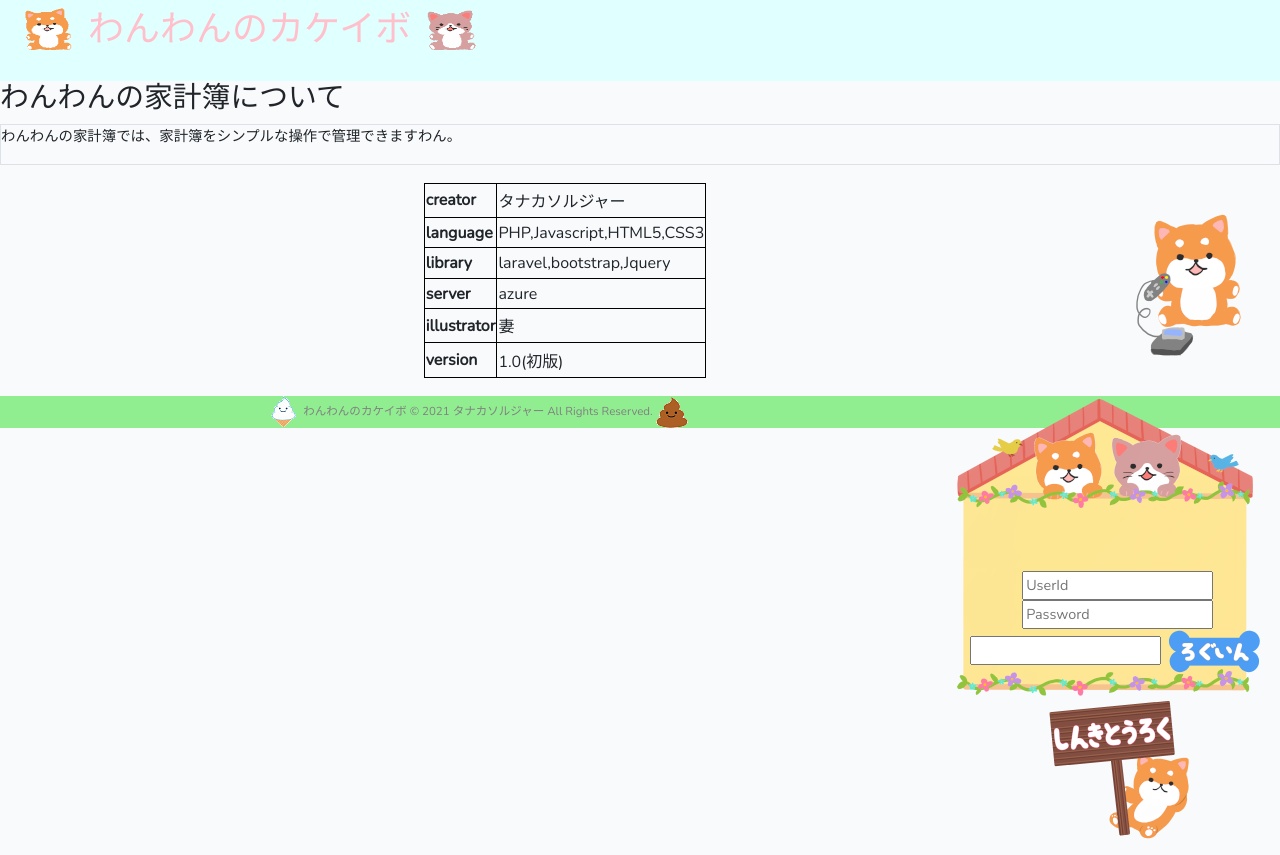
Repository: tatsuya-tanaka27/wanwannokakeibo
Page: http://localhost/wanwannokakeibo/login
An editor plug-in stored every save of this project. The page is shown before and after a run of saves, followed by the edit.
The browser window is 1280 px wide. The pictures show the whole page.
Some web fonts or font styles are not loaded; a fallback is used. The page is served by the project's Laravel application, run on PHP 8.4 with Laravel 8. Other server files are loaded and not shown.

Above is the page before, as saved 2021-03-05 13:42:55.
Console error: ReferenceError: $ is not defined

### laravelapp/routes/web.php
<?php

use Illuminate\Support\Facades\Route;
use App\Http\Controllers\IndexController;
use App\Http\Controllers\LoginController;

/*
|--------------------------------------------------------------------------
| Web Routes
|--------------------------------------------------------------------------
|
| Here is where you can register web routes for your application. These
| routes are loaded by the RouteServiceProvider within a group which
| contains the "web" middleware group. Now create something great!
|
*/


Route::get('/', function () { return view('welcome');});
//Route::get('/wanwannokakeibo/index', 'IndexController@index');
Route::get('/wanwannokakeibo/index', [IndexController::class, 'index']);
Route::post('/wanwannokakeibo/index', [IndexController::class, 'post']);
Route::get('/wanwannokakeibo/login', [LoginController::class, 'index']);
Route::post('/wanwannokakeibo/login', [LoginController::class, 'post']);

Auth::routes();

Route::get('/home', [App\Http\Controllers\HomeController::class, 'index'])->name('home');

### laravelapp/app/Http/Controllers/LoginController.php
<?php

namespace App\Http\Controllers;

use Illuminate\Http\Request;

class LoginController extends Controller
{
    public function index(Request $request)
    {
        return view('kakeibo.login');
    }

    public function post(Request $request)
    {

    }
}

### laravelapp/resources/views/kakeibo/login.blade.php
@extends('layouts.base2')

@section('title', 'わんわんの家計簿 トップ')

@section('content')
    <h2 id="login-h2" class="h2" align="left">
		わんわんの家計簿について
	</h2>
	<fieldset class="border">
		<p>
			わんわんの家計簿では、家計簿をシンプルな操作で管理できますわん。
		</p>
	</fieldset>
	<div id="summary-area" class="d-flex p-2 bd-highlight">
		<table id="summary-table">
			<tr>
				<th>creator</th>
                <td>タナカソルジャー</td>
			</tr>
			<tr>
				<th>language</th>
				<td>PHP,Javascript,HTML5,CSS3</td>
			</tr>
			<tr>
				<th>library</th>
				<td>laravel,bootstrap,Jquery</td>
			</tr>
			<tr>
				<th>server</th>
				<td>azure</td>
			</tr>
			<tr>
				<th>illustrator</th>
				<td>妻</td>
			</tr>
			<tr>
				<th>version</th>
				<td>1.0(初版)</td>
			</tr>
		</table>
		<div>
			<span></span>
			<a href="https://wanwannogame.web.app/wanwannogame/index.html">
				<img src="/images/game150.PNG" alt="わんわんのゲーム" />
			</a>
		</div>
	</div>
	<div id="login-area">
		<div id="login-fome-area" class="float-right">
			<img class="img-fluid" src="/images/loginhome300.PNG" alt="ログインの家"	/>
			<form id="login-form" class="text-center container">
				<div id="login-input">
					<input id="login-un" type="text" align="center"	placeholder="UserId" />
					<br />
					<input id="login-pass" type="password" align="center" placeholder="Password" />
					<br />
                    <input id="login-submit">
					<a id="login-submit" align="center" href="index.html">
						<img class="img-fluid" src="/images/login100.PNG" alt="ログイン" />
					</a>
					<br />
					<br />
					<a href="userRegistration.html">
						<img class="img-fluid" src="/images/shinkitoroku150.PNG" alt="しんきとうろく" />
					</a>
				</div>
			</form>
		</div>
    </div>
@endsection

### laravelapp/resources/views/layouts/base2.blade.php
<html>
    <head>
        <meta charset="utf-8" />
		<meta name="viewport" content="width=device-width, initial-scale=1, shrink-to-fit=no" />
		<link href="https://fonts.googleapis.com/earlyaccess/nicomoji.css" rel="stylesheet"	/>
		<link rel="shortcut icon" href="{{ asset('/favicon.ico') }}" type="image/vnd.microsoft.icon" />
		<link rel="stylesheet" href="/css/style.css" />
		<link rel="stylesheet" href="/css/kakeibo.css" />
        <link href="{{ asset('css/app.css') }}" rel="stylesheet">
        <script src="{{ asset('js/app.js') }}"></script>
        <title>@yield('title')</title>
    </head>
    <body>
        <section id="header-area">
		    <header class="d-flex p-2 bd-highlight">
			    <img class="img-fluid" src="/images/inu80.png" alt="わんわん" />
			    <h1 class="h1 wf-nicomoji">わんわんのカケイボ</h1>
			    <img class="img-fluid" src="/images/neko80.png" alt="にゃんにゃん"	/>
    		</header>
    	</section>
        <section>
            <main>
                @yield('content')
            </main>
        </section>
        <section id="footer-area">
			<footer>
				<img class="img-fluid" src="/images/softcream32.png" alt="そふとくん" />
				<small>
					わんわんのカケイボ © 2021 タナカソルジャー All Rights Reserved.
				</small>
				<img class="img-fluid" src="/images/unchi32.png" alt="うんちくん" />
			</footer>
		</section>
        <script type="text/javascript" src="/js/kakeibo.js"></script>
    </body>
</html>

### laravelapp/public/css/style.css
@charset "UTF-8";
/* 外部スタイルと各画面共通用のスタイル */

/* 外部スタイル start */
.wf-nicomoji {
	font-family: "Nico Moji" !important;
}

/* 外部スタイル end */

/* 共通スタイル start */

html {
	width: 100%;
	height: 100%;
	font-family: sans-serif;
}

body {
	background-color: honeydew;
}

table {
	margin: 10px auto;
}

th {
	text-align: center;
	border: 1px black solid;
}

td {
	border: 1px black solid;
}

img {
	margin: 0px;
	padding: 0px;
}

a:hover {
	opacity: 0.7;
}

h1 {
	color: pink !important;
}

#top-link-title:hover {
	opacity: 0.5;
	cursor: pointer;
}

#wrapper {
}

main {
}

#header-area {
	background-color: lightcyan;
}

header {
	width: 100%;
}

header img {
	margin-top: -15px;
}

#user-area {
	margin: 0px !important;
	padding: 0px !important;
}

#footer-area {
	background-color: lightgreen;
	text-align: center;
}

small {
	color: gray;
}

.ma {
	margin: auto;
}

.cb {
	/* floatを解除 */
	clear: both;
}

.ts {
	text-align: center;
}

/* 共通スタイル end */

/* ハンバーガーメニュー用のスタイル start */

.menu-btn {
	position: fixed;
	top: 10px;
	right: 10px;
	display: flex;
	height: 60px;
	width: 60px;
	justify-content: center;
	align-items: center;
	z-index: 90;
	background-color: #3584bb;
}
.menu-btn span,
.menu-btn span:before,
.menu-btn span:after {
	content: "";
	display: block;
	height: 3px;
	width: 25px;
	border-radius: 3px;
	background-color: #ffffff;
	position: absolute;
}
.menu-btn span:before {
	bottom: 8px;
}
.menu-btn span:after {
	top: 8px;
}

#menu-btn-check:checked ~ .menu-btn span {
	background-color: rgba(
		255,
		255,
		255,
		0
	); /*メニューオープン時は真ん中の線を透明にする*/
}
#menu-btn-check:checked ~ .menu-btn span::before {
	bottom: 0;
	transform: rotate(45deg);
}
#menu-btn-check:checked ~ .menu-btn span::after {
	top: 0;
	transform: rotate(-45deg);
}

#menu-btn-check {
	display: none;
}

.menu-content {
	width: 20%;
	height: 100%;
	position: fixed;
	top: 0;
	right: 0; /*rightの値を変更してメニューを画面外へ*/
	z-index: 80;
	background-color: #3584bb;
	transition: all 0.5s; /*アニメーション設定*/
	display: none;
}
.menu-content ul {
	padding: 70px 10px 0;
}
.menu-content ul li {
	border-bottom: solid 1px #ffffff;
	list-style: none;
}
.menu-content ul li a {
	display: block;
	width: 100%;
	font-size: 15px;
	box-sizing: border-box;
	color: #ffffff;
	text-decoration: none;
	padding: 9px 15px 10px 0;
	position: relative;
}
.menu-content ul li a::before {
	content: "";
	width: 7px;
	height: 7px;
	border-top: solid 2px #ffffff;
	border-right: solid 2px #ffffff;
	transform: rotate(45deg);
	position: absolute;
	right: 11px;
	top: 16px;
}

#menu-btn-check:checked ~ .menu-content {
	display: block;
}

/* ハンバーガーメニュー用のスタイル end */

/* レスポンシブ用のスタイル start */

/* レスポンシブ用のスタイル end */

### laravelapp/public/css/kakeibo.css
@charset "UTF-8";
/* 各画面固有のスタイル */

/* ログイン画面用スタイル */

#login-guide-area {
}

#login-area {
}

#login-guide-table {
	width: 99%;
}

#login-guide-legend {
	width: auto;
	margin-left: 1em;
}

#login-form {
	margin-top: -125px;
}

#userRegistration-area {
	margin-top: 50px;
}

/* ユーザー登録画面用スタイル */

/* トップ画面用スタイル */

#top-description-border {
	background-color: lightyellow;
}

#top-description-legend {
	color: rgb(0, 111, 191);
	margin: 0px;
	padding: 0px;
}

/* 入力画面用スタイル */

/* 家計簿登録画面用スタイル */

/* 家計簿一覧画面用スタイル */

### laravelapp/public/js/kakeibo.js
window.onload = function() {

};

$(function(){
 $('#inputArea').width($('#inputTable').width());
 $('#listArea').width($('#listTable').width());
});

Loaded but not shown: laravelapp/app/Http/Controllers/Auth/ConfirmPasswordController.php (common file); laravelapp/app/Http/Controllers/Controller.php (common file); laravelapp/public/css/app.css (library)

After the next 4 saves:
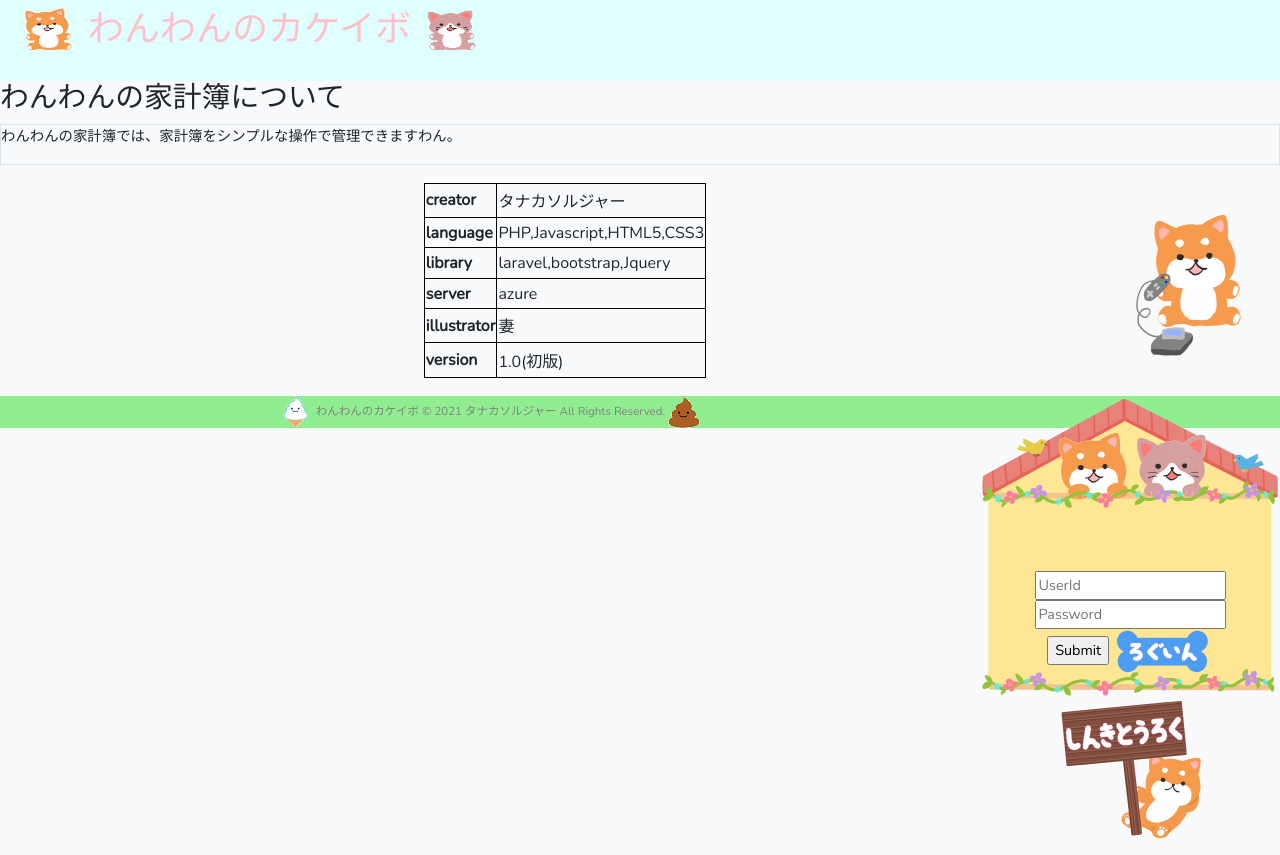
The 4 saves are shown as one change because they came seconds apart.
The last was saved 11 s later.
--- a/laravelapp/resources/views/kakeibo/login.blade.php
+++ b/laravelapp/resources/views/kakeibo/login.blade.php
@@ -54,7 +54,7 @@
 					<br />
 					<input id="login-pass" type="password" align="center" placeholder="Password" />
 					<br />
-                    <input id="login-submit">
+                    <input type="submit" id="login-submit">
 					<a id="login-submit" align="center" href="index.html">
 						<img class="img-fluid" src="/images/login100.PNG" alt="ログイン" />
 					</a>

After the save that followed:
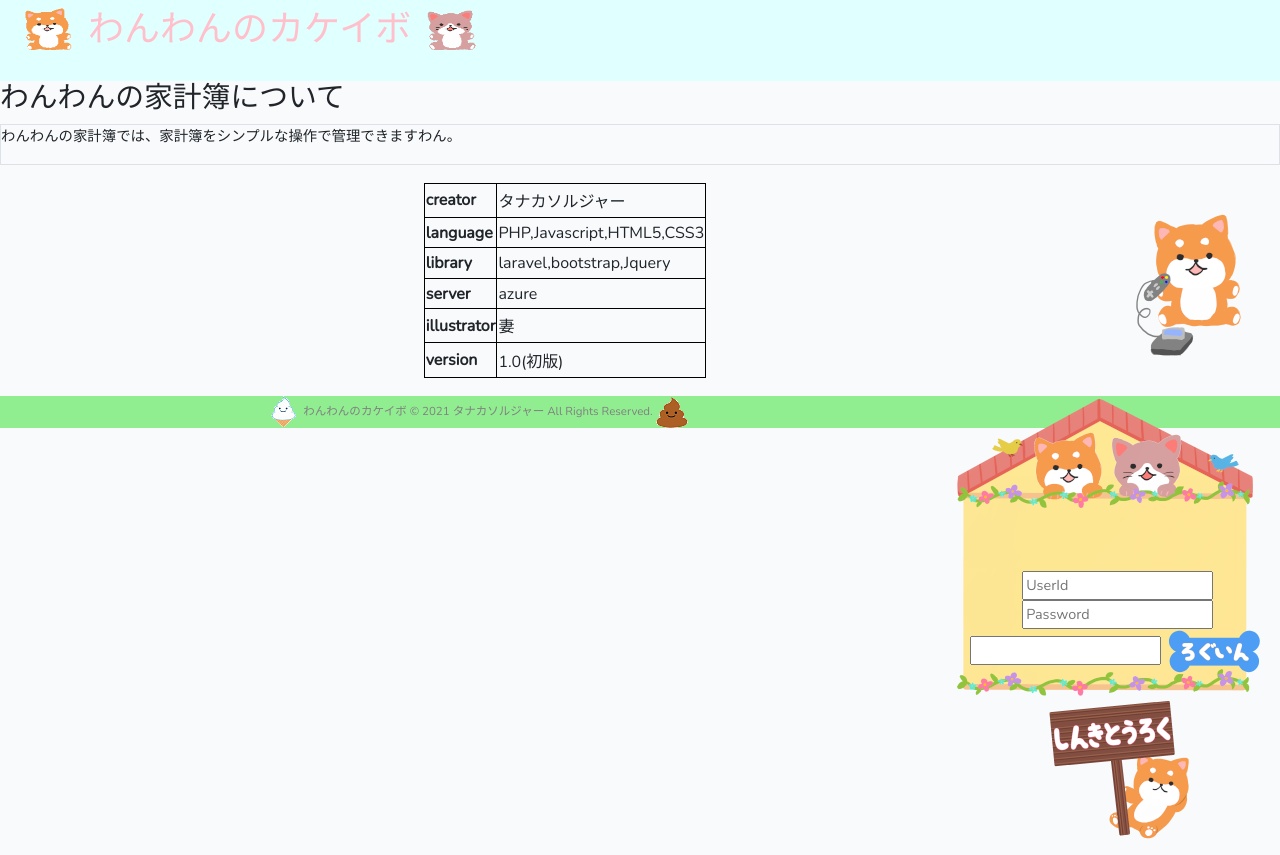
Saved 34 s later.
--- a/laravelapp/resources/views/kakeibo/login.blade.php
+++ b/laravelapp/resources/views/kakeibo/login.blade.php
@@ -54,7 +54,7 @@
 					<br />
 					<input id="login-pass" type="password" align="center" placeholder="Password" />
 					<br />
-                    <input type="submit" id="login-submit">
+                    <input type="submit image" id="login-submit">
 					<a id="login-submit" align="center" href="index.html">
 						<img class="img-fluid" src="/images/login100.PNG" alt="ログイン" />
 					</a>
